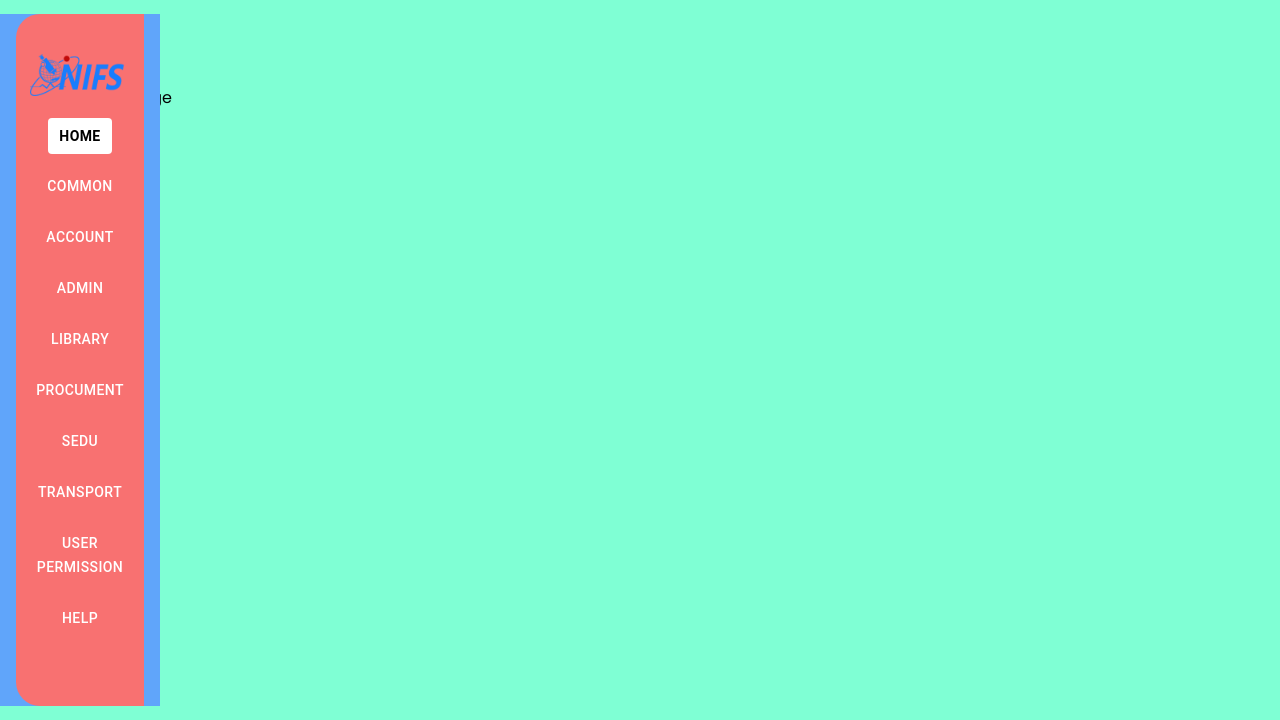
Repository: virangaj/NIFS-WebApp
Page: / (app in client/)
An editor plug-in stored every save of this project. The page is shown before and after the next save, followed by the edit.
The browser window is 1280 px wide. The pictures show the whole page.
The project was rebuilt for these pictures with package versions that can differ from the ones it lists, and the page was loaded fresh each time. Also part of the build but not shown: client/src/pages/Login.tsx, client/src/components/Transport/shared/TransportNavbar.js, client/src/pages/TransportMainPage.tsx, client/src/pages/CommonMainPage.tsx, client/src/pages/AccountMainPage.tsx, client/src/pages/AdminMainPage.tsx, client/src/pages/LibraryMainPage.js, client/src/pages/ProcumentMainPage.js and 15 more.

Above is the page before, as saved 2022-07-30 22:29:47.

### client/public/index.html
<!DOCTYPE html>
<html lang="en">
	<head>
		<meta charset="utf-8" />
		<link rel="icon" href="nifs_logo.png" />
		<meta name="viewport" content="width=device-width, initial-scale=1" />
		<meta name="theme-color" content="#000000" />
		<meta
			name="description"
			content="Web site created using create-react-app"
		/>
		<link rel="apple-touch-icon" href="%PUBLIC_URL%/logo192.png" />
		<!--
      manifest.json provides metadata used when your web app is installed on a
      user's mobile device or desktop. See https://developers.google.com/web/fundamentals/web-app-manifest/
    -->
		<link rel="manifest" href="%PUBLIC_URL%/manifest.json" />
		<!--
      Notice the use of %PUBLIC_URL% in the tags above.
      It will be replaced with the URL of the `public` folder during the build.
      Only files inside the `public` folder can be referenced from the HTML.

      Unlike "/favicon.ico" or "favicon.ico", "%PUBLIC_URL%/favicon.ico" will
      work correctly both with client-side routing and a non-root public URL.
      Learn how to configure a non-root public URL by running `npm run build`.
    -->
		<link
			href="https://fonts.googleapis.com/css?family=Poppins"
			rel="stylesheet"
		/>
		<title>NIFS Dashboard</title>
	</head>
	<body>
		<noscript>You need to enable JavaScript to run this app.</noscript>
		<div id="root"></div>
		<!--
      This HTML file is a template.
      If you open it directly in the browser, you will see an empty page.

      You can add webfonts, meta tags, or analytics to this file.
      The build step will place the bundled scripts into the <body> tag.

      To begin the development, run `npm start` or `yarn start`.
      To create a production bundle, use `npm run build` or `yarn build`.
    -->
	</body>
</html>

### client/src/index.css
@tailwind base;
@tailwind components;
@tailwind utilities;

* {
  margin: 0;
}

body {
  font-family: 'Poppins';
  -webkit-font-smoothing: antialiased;
  -moz-osx-font-smoothing: grayscale;
  background-color: aliceblue;

}

::-webkit-scrollbar {
  display: none;
}


:root {
  --main-navbar-back: #00003c;
  --nav-title-section-back: rgba(47, 163, 72, 0.589);
  --white: #fff;
  --black: #000;
  --gray: rgba(68, 68, 68, 0.432);
  --border-radius: 10px;
  --pimary: rgb(10, 94, 133);
  --warning: #ed3d63;

}


.nav-logo {
  width: 100px;
  height: auto;
  margin-bottom: 2vh;
}

a {
  text-decoration: none;
}

.border-l-rounded {}

/* main navbar */
.main-navbar {
  background-color: var(--main-navbar-back) !important;
  width: 100% !important;
  height: 80px !important;

}



/* secondary navbar */
.secondary-navbar {
  margin: auto;
}

.nav-flex-section {
  display: -webkit-flex;
  display: -ms-flexbox;
  display: flex;
  -webkit-flex-wrap: wrap;
  -ms-flex-wrap: wrap;
  flex-wrap: wrap;
  justify-content: center;
}

.nav-flex-inside {
  margin-left: 5px;
  margin-left: 5px;
}

.nav-title {
  font-size: 15px;
  text-align: center;
  color: var(--white);
  font-weight: 600;

}

.nav-title-section {
  border-radius: var(--border-radius);
  background-color: var(--nav-title-section-back);
  box-shadow: rgba(100, 100, 111, 0.2) 0px 7px 29px 0px;
  pointer-events: none;
  margin-left: 10px;
  margin-left: 10px;
}

.nav-icon {
  width: 40px;
}

.nav-link {
  display: flex;
  display: -webkit-flex;
  display: -ms-flexbox;
  flex-direction: column;
  align-items: center;
  font-size: 14px;
  margin-left: 5px;
  margin-right: 5px;
  border: none;
  box-shadow: rgba(100, 100, 111, 0.2) 0px 7px 29px 0px;
  padding: 4px 8px 6px 8px;
  margin-bottom: 10px;
  text-align: center;
  width: 125px;
  border-radius: var(--border-radius);
  background-color: var(--white);
  outline: none;
  min-height: 120px;
}

.nav-link:hover {
  color: var(--pimary);
  cursor: pointer;
  box-shadow: rgba(81, 146, 177, 0.2) 0px 7px 29px 0px;
  background-color: rgb(254, 255, 205);
  border-bottom: 2px solid var(--warning);
}


.nav-link:active {
  color: var(--pimary);
  cursor: pointer;
  box-shadow: rgba(81, 146, 177, 0.2) 0px 7px 29px 0px;
  background-color: rgb(205, 248, 255);
  border-bottom: 2px solid var(--warning);
}

.nav-link-active {
  color: var(--pimary);
  cursor: pointer;
  box-shadow: rgba(81, 146, 177, 0.2) 0px 7px 29px 0px;
  background-color: rgb(205, 248, 255);
  border-bottom: 2px solid var(--warning);
}

/* body content*/
.body-content {
  margin: auto;
  width: 90%;
  margin-top: 12vh;

}

/* main page content */
.main-content {
  width: 90%;
  margin: auto;
  margin-top: 20px;
}

/* sub page content */

.sub-body-content {
  border: 2px solid var(--gray);
  border-radius: var(--border-radius);
  padding: 10px;
}

.sub-body-title {
  font-size: 24px;
}



/* error page */
.error-page {
  border: 2px solid var(--gray);
  border-radius: var(--border-radius);
  height: 50vh;
  width: 50vw;
  margin: auto;
  margin-top: 50px;
}

.error-page-content {
  display: flex;
  flex-direction: column;
  align-items: center;
  text-align: center !important;
  margin-top: 50px;
}

.error-page-content h1 {
  font-size: 100px;
  color: var(--warning);
  font-weight: 700;
  pointer-events: none;

}

.error-page-content p {
  font-size: 20px;
  margin-bottom: 20px;
  pointer-events: none;
}


@media screen and (max-width: 1366px) {
  body {
    background-color: aquamarine;
  }

  .nav-link {
    font-size: 12px;
    padding: 4px 4px 6px 4px;
    width: 100px;
    min-height: 100px;
  }

  .nav-icon {
    width: 35px;
  }
}

### client/src/App.tsx
import React, { useEffect } from 'react';
import Navbar from './components/shared/Navbar';
import Login from './pages/Login'
import { BrowserRouter as Router, Route, Routes } from 'react-router-dom'
import Home from './pages/Home';
import TransportMainPage from './pages/TransportMainPage';
import CommonMainPage from './pages/CommonMainPage';
import AccountMainPage from './pages/AccountMainPage';
import AdminMainPage from './pages/AdminMainPage';
import LibraryMainPage from './pages/LibraryMainPage';
import ProcumentMainPage from './pages/ProcumentMainPage';
import SeduMainPage from './pages/SeduMainPage';
import UserPermissionMainPage from './pages/UserPermissionMainPage';
import NotificationMainPage from './pages/NotificationMainPage';
import HelpMainPage from './pages/HelpMainPage';
import ErrorPage from './pages/ErrorPage';
import VerticalMainNavbar from './components/shared/VerticalMainNavbar';


function App() {


  return (
    <Router>
      {/* <Navbar /> */}
      <div>
        <VerticalMainNavbar />
      </div>
      <div className='overflow-y-scroll ml-4 scroll-bar'>
        <Routes>
          <Route path="/login" element={<Login />} />
          <Route path="/" element={<Home />} />
          <Route path="/common/*" element={<CommonMainPage />} />
          <Route path="/account/*" element={<AccountMainPage />} />
          <Route path="/admin/*" element={<AdminMainPage />} />
          <Route path="/library/*" element={<LibraryMainPage />} />
          <Route path="/procument/*" element={<ProcumentMainPage />} />
          <Route path="/sedu/*" element={<SeduMainPage />} />
          <Route path="/transport/*" element={<TransportMainPage />} />
          <Route
            path="/user-permission/*"
            element={<UserPermissionMainPage />}
          />
          <Route
            path="/notification/*"
            element={<NotificationMainPage />}
          />
          <Route path="/help/*" element={<HelpMainPage />} />
          <Route path="/error-404" element={<ErrorPage />} />
        </Routes>
      </div>


    </Router>
  );
}

export default App;

### client/src/pages/Home.tsx
import React from 'react';

function Home() {
	return (
		<div className="body-content">
			<h1>Home Page</h1>

		</div>
	);
}

export default Home;

### client/src/components/shared/VerticalMainNavbar.tsx
import { Button } from '@mui/material'
import React from 'react'
import { Link, useLocation } from 'react-router-dom'
import Pages from '../data/MainNavPages.json'

import Logo from '../../images/nifs_logo.png'


function VerticalMainNavbar() {

    const location: any = useLocation();

    return (
        <div className='fixed left-0 w-40 bg-blue-400 top-[2vh] visible md:visible'>

            <div className='bg-red-400 h-[96vh] w-32 flex flex-col items-center py-10 ml-4 rounded-l-3xl'>
                <img src={Logo} alt="logo" className="nav-logo" />
                {Pages.map((page, index) => (
                    location.pathname.split('/')[1] === page.link.split('/')[1] ?
                        <Link to={page.link} style={{ textDecoration: 'none' }} key={index}>
                            <Button

                                sx={{ my: "1vh", color: 'white', display: 'block' }}
                                style={{ backgroundColor: '#fff', color: '#000', fontWeight: 700 }}


                            >
                                {page.title}
                            </Button>
                        </Link>
                        :
                        <Link to={page.link} style={{ textDecoration: 'none' }} key={index}>
                            <Button
                                key={page.id}

                                sx={{ my: "1vh", color: 'white', display: 'block' }}

                            >
                                {page.title}
                            </Button>
                        </Link>
                ))}
            </div>
        </div>
    )
}

export default VerticalMainNavbar

### client/src/components/data/MainNavPages.json
[
    {
        "id": 0,
        "title": "Home",
        "link": "/"
    },
    {
        "id": 1,
        "title": "Common",
        "link": "/common"
    },
    {
        "id": 2,
        "title": "Account",
        "link": "/account"
    },
    {
        "id": 3,
        "title": "Admin",
        "link": "/admin"
    },
    {
        "id": 4,
        "title": "Library",
        "link": "/library"
    },
    {
        "id": 5,
        "title": "Procument",
        "link": "/procument"
    },
    {
        "id": 6,
        "title": "SEDU",
        "link": "/sedu"
    },
    {
        "id": 7,
        "title": "Transport",
        "link": "/transport"
    },
    {
        "id": 8,
        "title": "User Permission",
        "link": "/user-permission"
    },
    {
        "id": 10,
        "title": "Help",
        "link": "/help"
    }
]

Loaded but not shown: client/src/index.tsx (common file); client/src/reportWebVitals.ts (common file); client/tailwind.config.js (common file)

After the next save:
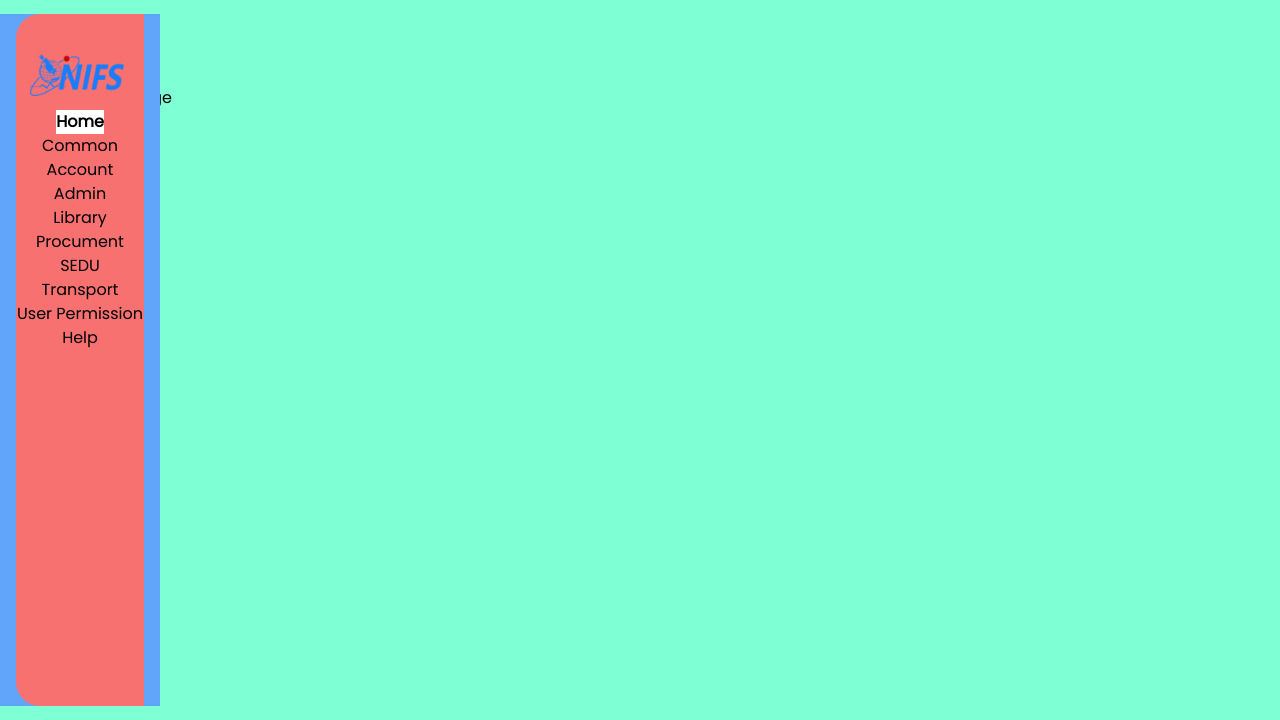
Saved 51 s later.
--- a/client/src/components/shared/VerticalMainNavbar.tsx
+++ b/client/src/components/shared/VerticalMainNavbar.tsx
@@ -18,7 +18,7 @@ function VerticalMainNavbar() {
                 {Pages.map((page, index) => (
                     location.pathname.split('/')[1] === page.link.split('/')[1] ?
                         <Link to={page.link} style={{ textDecoration: 'none' }} key={index}>
-                            <Button
+                            <button
 
                                 sx={{ my: "1vh", color: 'white', display: 'block' }}
                                 style={{ backgroundColor: '#fff', color: '#000', fontWeight: 700 }}
@@ -26,18 +26,18 @@ function VerticalMainNavbar() {
 
                             >
                                 {page.title}
-                            </Button>
+                            </button>
                         </Link>
                         :
                         <Link to={page.link} style={{ textDecoration: 'none' }} key={index}>
-                            <Button
+                            <button
                                 key={page.id}
 
                                 sx={{ my: "1vh", color: 'white', display: 'block' }}
 
                             >
                                 {page.title}
-                            </Button>
+                            </button>
                         </Link>
                 ))}
             </div>
